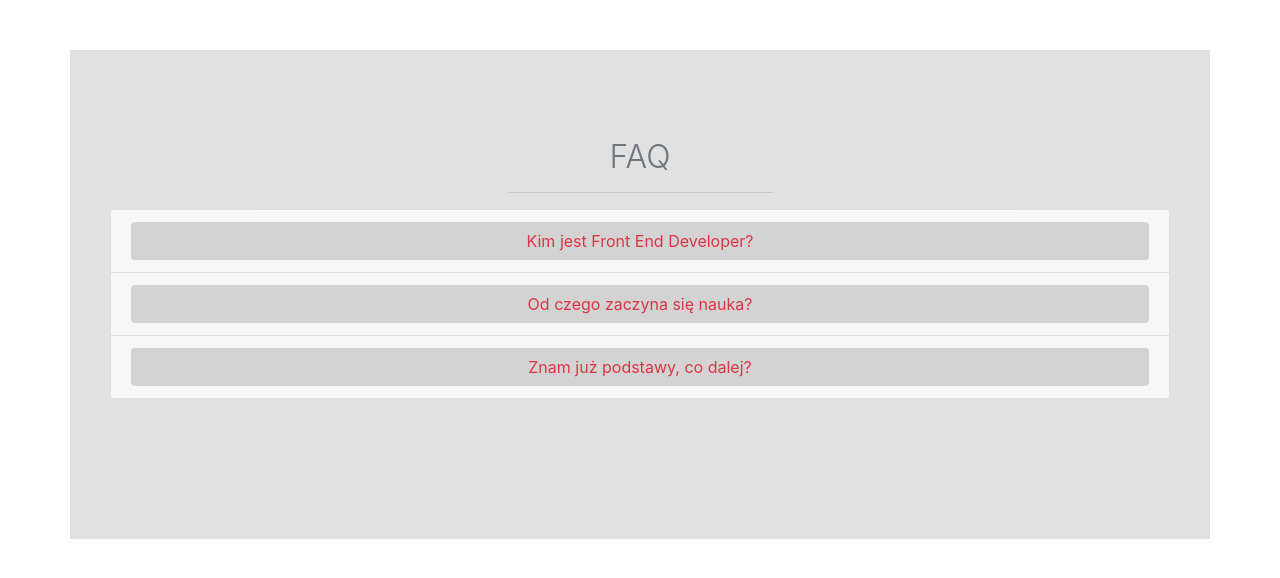
Repository: magdaf41/Bootstrap
Page: zadanie 2/index.html
An editor plug-in stored every save of this project. The page is shown before and after the next save, followed by the edit.
The browser window is 1280 px wide. The pictures show the whole page.

Above is the page before, as saved 2020-09-19 10:24:20.

### zadanie 2/index.html
<!doctype html>
<html lang="en">

<head>
    <!-- Required meta tags -->
    <meta charset="utf-8">
    <meta name="viewport" content="width=device-width, initial-scale=1, shrink-to-fit=no">
    <title>Faq-bootstrap</title>
    <!-- Bootstrap CSS -->
    <link rel="stylesheet" href="https://stackpath.bootstrapcdn.com/bootstrap/4.5.2/css/bootstrap.min.css"
        integrity="sha384-JcKb8q3iqJ61gNV9KGb8thSsNjpSL0n8PARn9HuZOnIxN0hoP+VmmDGMN5t9UJ0Z" crossorigin="anonymous">
    <link rel="stylesheet" href="https://use.fontawesome.com/releases/v5.7.2/css/all.css"
        integrity="sha384-fnmOCqbTlWIlj8LyTjo7mOUStjsKC4pOpQbqyi7RrhN7udi9RwhKkMHpvLbHG9Sr" crossorigin="anonymous">
    <link rel="stylesheet" href="css/style.css">

</head>

<body>
    <div class="container  text-center">
        <h1 class="text-muted font-weight-light mt-5">FAQ</h1>
        <hr class="w-25">

        <div class="accordion" id="accordionExample">
            <div class="card">
                <div class="card-header" id="headingOne">
                    <h2 class="mb-0">
                        <button class="btn btn-link btn-block text-danger" type="button" data-toggle="collapse"
                            data-target="#collapseOne" aria-expanded="true" aria-controls="collapseOne">
                            Kim jest Front End Developer?
                        </button>
                    </h2>
                </div>

                <div id="collapseOne" class="collapse" aria-labelledby="headingOne"
                    data-parent="#accordionExample">
                    <div class="card-body text-muted">
                        Anim pariatur cliche reprehenderit, enim eiusmod high life accusamus terry richardson ad squid.
                        3
                        wolf moon officia aute, non cupidatat skateboard dolor brunch. Food truck quinoa nesciunt
                        laborum
                        eiusmod. Brunch 3 wolf moon tempor, sunt aliqua put a bird on it squid single-origin coffee
                        nulla
                        assumenda shoreditch et. Nihil anim keffiyeh helvetica, craft beer labore wes anderson cred
                        nesciunt
                        sapiente ea proident. Ad vegan excepteur butcher vice lomo. Leggings occaecat craft beer
                        farm-to-table, raw denim aesthetic synth nesciunt you probably haven't heard of them accusamus
                        labore sustainable VHS.
                    </div>
                </div>
            </div>
            <div class="card">
                <div class="card-header" id="headingTwo">
                    <h2 class="mb-0">
                        <button class="btn btn-link btn-block collapsed text-danger" type="button"
                            data-toggle="collapse" data-target="#collapseTwo" aria-expanded="false"
                            aria-controls="collapseTwo">
                            Od czego zaczyna się nauka?
                        </button>
                    </h2>
                </div>
                <div id="collapseTwo" class="collapse" aria-labelledby="headingTwo" data-parent="#accordionExample">
                    <div class="card-body text-muted">
                        Anim pariatur cliche reprehenderit, enim eiusmod high life accusamus terry richardson ad squid.
                        3
                        wolf moon officia aute, non cupidatat skateboard dolor brunch. Food truck quinoa nesciunt
                        laborum
                        eiusmod. Brunch 3 wolf moon tempor, sunt aliqua put a bird on it squid single-origin coffee
                        nulla
                        assumenda shoreditch et. Nihil anim keffiyeh helvetica, craft beer labore wes anderson cred
                        nesciunt
                        sapiente ea proident. Ad vegan excepteur butcher vice lomo. Leggings occaecat craft beer
                        farm-to-table, raw denim aesthetic synth nesciunt you probably haven't heard of them accusamus
                        labore sustainable VHS.
                    </div>
                </div>
            </div>
            <div class="card">
                <div class="card-header" id="headingThree">
                    <h2 class="mb-0">
                        <button class="btn btn-link btn-block collapsed text-danger" type="button"
                            data-toggle="collapse" data-target="#collapseThree" aria-expanded="false"
                            aria-controls="collapseThree">
                            Znam już podstawy, co dalej?
                        </button>
                    </h2>
                </div>
                <div id="collapseThree" class="collapse" aria-labelledby="headingThree" data-parent="#accordionExample">
                    <div class="card-body text-muted">
                        Anim pariatur cliche reprehenderit, enim eiusmod high life accusamus terry richardson ad squid.
                        3
                        wolf moon officia aute, non cupidatat skateboard dolor brunch. Food truck quinoa nesciunt
                        laborum
                        eiusmod. Brunch 3 wolf moon tempor, sunt aliqua put a bird on it squid single-origin coffee
                        nulla
                        assumenda shoreditch et. Nihil anim keffiyeh helvetica, craft beer labore wes anderson cred
                        nesciunt
                        sapiente ea proident. Ad vegan excepteur butcher vice lomo. Leggings occaecat craft beer
                        farm-to-table, raw denim aesthetic synth nesciunt you probably haven't heard of them accusamus
                        labore sustainable VHS.
                    </div>
                </div>
            </div>
        </div>
    </div>






    <!-- Optional JavaScript -->
    <!-- jQuery first, then Popper.js, then Bootstrap JS -->
    <script src="https://code.jquery.com/jquery-3.5.1.slim.min.js"
        integrity="sha384-DfXdz2htPH0lsSSs5nCTpuj/zy4C+OGpamoFVy38MVBnE+IbbVYUew+OrCXaRkfj"
        crossorigin="anonymous"></script>
    <script src="https://cdn.jsdelivr.net/npm/popper.js@1.16.1/dist/umd/popper.min.js"
        integrity="sha384-9/reFTGAW83EW2RDu2S0VKaIzap3H66lZH81PoYlFhbGU+6BZp6G7niu735Sk7lN"
        crossorigin="anonymous"></script>
    <script src="https://stackpath.bootstrapcdn.com/bootstrap/4.5.2/js/bootstrap.min.js"
        integrity="sha384-B4gt1jrGC7Jh4AgTPSdUtOBvfO8shuf57BaghqFfPlYxofvL8/KUEfYiJOMMV+rV"
        crossorigin="anonymous"></script>
</body>

</html>

### zadanie 2/css/style.css
h1 {
    font-size: 2em;
}

.container {
    background-color: rgb(226, 225, 225);
    padding: 40px;
    margin-top: 50px;
}

.accordion {
    margin-bottom: 100px;
}

.btn:focus {
    box-shadow: none
}

.btn {
    background-color: lightgray;
}

After the next save:
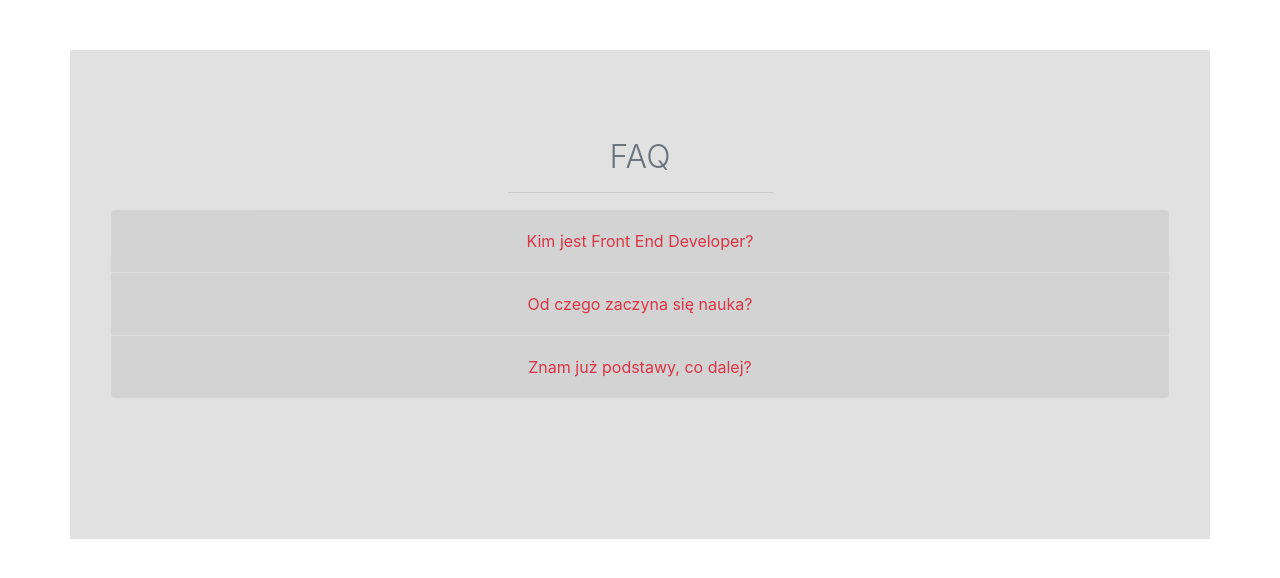
Saved 29 s later.
--- a/zadanie 2/css/style.css
+++ b/zadanie 2/css/style.css
@@ -16,6 +16,6 @@
     box-shadow: none
 }
 
-.btn {
+.card-header {
     background-color: lightgray;
 }
